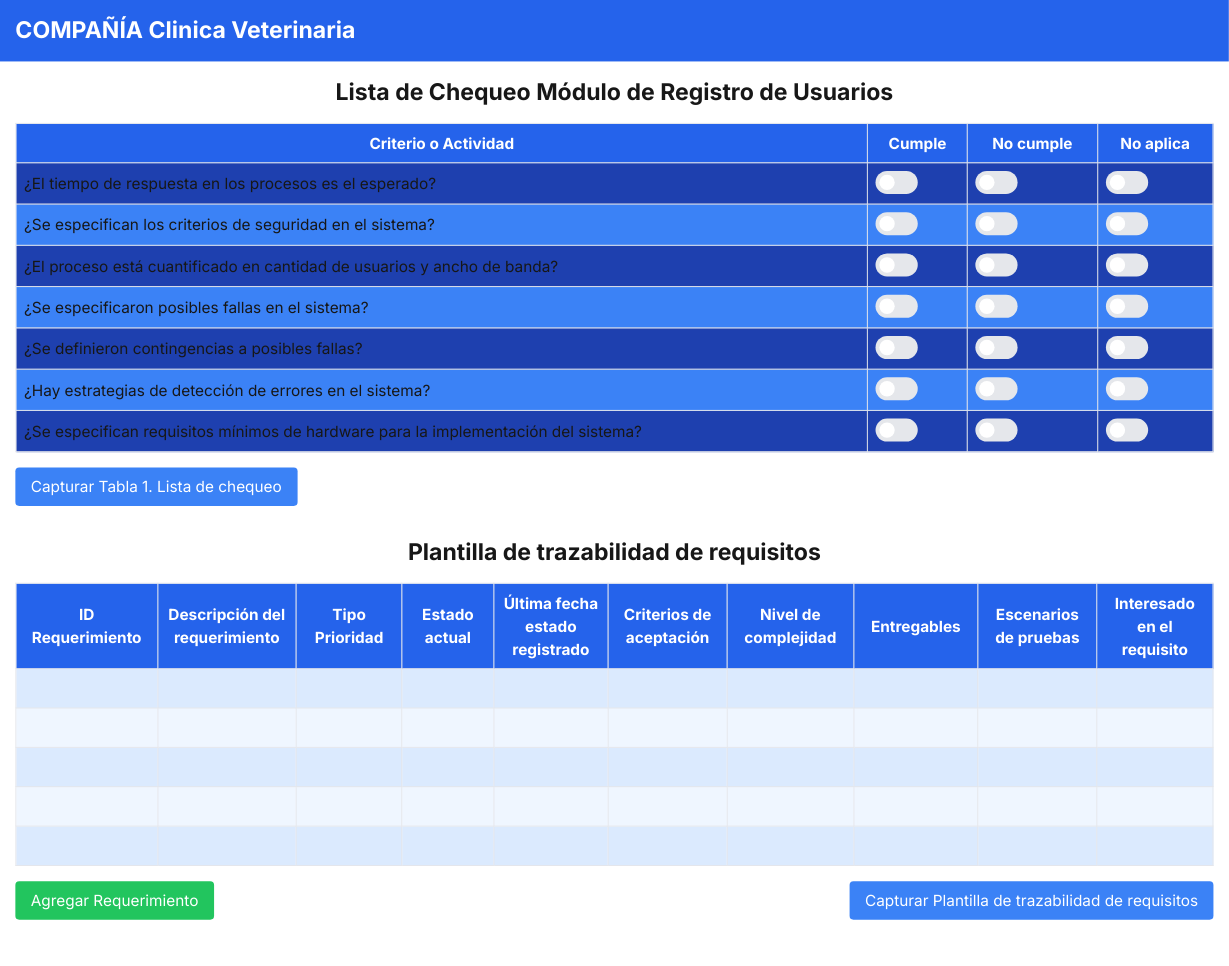
Repository: CiroAlfa/lista-de-Chequeo
Page: /
An editor plug-in stored every save of this project. The page is shown before and after the next save, followed by the edit.
The browser window is 1280 px wide. The pictures show the whole page, at 96% of full size.
The project was rebuilt for these pictures with package versions that can differ from the ones it lists, and the page was loaded fresh each time. The framework's server and built-in components were replaced by stand-ins that run in the browser. Also part of the build but not shown: next.config.mjs.

Above is the page before, as saved 2024-09-27 13:13:14.

### src/app/layout.tsx
import './globals.css'
import type { Metadata } from 'next'
import { Inter } from 'next/font/google'

const inter = Inter({ subsets: ['latin'] })

export const metadata: Metadata = {
  title: 'Checklist App - Clinica Veterinaria',
  description: 'Aplicación de chequeo y trazabilidad de requisitos',
}

export default function RootLayout({
  children,
}: {
  children: React.ReactNode
}) {
  return (
    <html lang="es">
      <body className={inter.className}>
        <header className="bg-blue-600 text-white p-4">
          <h1 className="text-2xl font-bold">COMPAÑÍA Clinica Veterinaria</h1>
        </header>
        {children}
      </body>
    </html>
  )
}

### src/app/page.tsx
'use client'

import { useState } from 'react'
import { Switch } from '@headlessui/react'
import html2canvas from 'html2canvas'

interface ChecklistItem {
  id: number
  criteria: string
  cumple: boolean
  noCumple: boolean
  noAplica: boolean
}

interface RequirementItem {
  id: string
  description: string
  priority: string
  status: string
  lastUpdated: string
  acceptanceCriteria: string
  complexity: string
  deliverables: string
  testScenarios: string
  stakeholder: string
}

const initialChecklist: ChecklistItem[] = [
  { id: 1, criteria: '¿El tiempo de respuesta en los procesos es el esperado?', cumple: false, noCumple: false, noAplica: false },
  { id: 2, criteria: '¿Se especifican los criterios de seguridad en el sistema?', cumple: false, noCumple: false, noAplica: false },
  { id: 3, criteria: '¿El proceso está cuantificado en cantidad de usuarios y ancho de banda?', cumple: false, noCumple: false, noAplica: false },
  { id: 4, criteria: '¿Se especificaron posibles fallas en el sistema?', cumple: false, noCumple: false, noAplica: false },
  { id: 5, criteria: '¿Se definieron contingencias a posibles fallas?', cumple: false, noCumple: false, noAplica: false },
  { id: 6, criteria: '¿Hay estrategias de detección de errores en el sistema?', cumple: false, noCumple: false, noAplica: false },
  { id: 7, criteria: '¿Se especifican requisitos mínimos de hardware para la implementación del sistema?', cumple: false, noCumple: false, noAplica: false },
]

const initialRequirements: RequirementItem[] = Array(5).fill(null).map((_, index) => ({
  id: ``,
  description: '',
  priority: '',
  status: '',
  lastUpdated: '',
  acceptanceCriteria: '',
  complexity: '',
  deliverables: '',
  testScenarios: '',
  stakeholder: '',
}))

export default function Home() {
  const [checklist, setChecklist] = useState<ChecklistItem[]>(initialChecklist)
  const [requirements, setRequirements] = useState<RequirementItem[]>(initialRequirements)

  const handleChecklistChange = (id: number, field: 'cumple' | 'noCumple' | 'noAplica') => {
    setChecklist(checklist.map(item => {
      if (item.id === id) {
        const newItem = { ...item, [field]: !item[field] }
        if (newItem[field]) {
          newItem.cumple = field === 'cumple'
          newItem.noCumple = field === 'noCumple'
          newItem.noAplica = field === 'noAplica'
        }
        return newItem
      }
      return item
    }))
  }

  const handleRequirementChange = (id: string, field: keyof RequirementItem, value: string) => {
    setRequirements(requirements.map(item =>
      item.id === id ? { ...item, [field]: value } : item
    ))
  }

  const addRequirement = () => {
    const newId = `REQ00${requirements.length + 1}`
    setRequirements([...requirements, {
      id: newId,
      description: '',
      priority: '',
      status: '',
      lastUpdated: '',
      acceptanceCriteria: '',
      complexity: '',
      deliverables: '',
      testScenarios: '',
      stakeholder: '',
    }])
  }

  const captureScreenshot = async (elementId: string, fileName: string) => {
    const element = document.getElementById(elementId)
    if (element) {
      const canvas = await html2canvas(element)
      const image = canvas.toDataURL('image/png')
      const link = document.createElement('a')
      link.href = image
      link.download = fileName
      link.click()
    }
  }

  return (
    <main className="container mx-auto p-4">
      <div className="mb-8" id="checklist-table">
        <h2 className="text-2xl font-bold mb-4 text-center">Lista de Chequeo Módulo de Registro de Usuarios</h2>
        <table className="w-full border-collapse">
          <thead>
            <tr className="bg-blue-600 text-white">
              <th className="border p-2">Criterio o Actividad</th>
              <th className="border p-2">Cumple</th>
              <th className="border p-2">No cumple</th>
              <th className="border p-2">No aplica</th>
            </tr>
          </thead>
          <tbody>
            {checklist.map((item, index) => (
              <tr key={item.id} className={index % 2 === 0 ? 'bg-blue-800' : 'bg-blue-500'}>
                <td className="border p-2">{item.criteria}</td>
                <td className="border p-2">
                  <Switch
                    checked={item.cumple}
                    onChange={() => handleChecklistChange(item.id, 'cumple')}
                    className={`${item.cumple ? 'bg-blue-600' : 'bg-gray-200'} relative inline-flex h-6 w-11 items-center rounded-full`}
                  >
                    <span className={`${item.cumple ? 'translate-x-6' : 'translate-x-1'} inline-block h-4 w-4 transform rounded-full bg-white transition`} />
                  </Switch>
                </td>
                <td className="border p-2">
                  <Switch
                    checked={item.noCumple}
                    onChange={() => handleChecklistChange(item.id, 'noCumple')}
                    className={`${item.noCumple ? 'bg-blue-600' : 'bg-gray-200'} relative inline-flex h-6 w-11 items-center rounded-full`}
                  >
                    <span className={`${item.noCumple ? 'translate-x-6' : 'translate-x-1'} inline-block h-4 w-4 transform rounded-full bg-white transition`} />
                  </Switch>
                </td>
                <td className="border p-2">
                  <Switch
                    checked={item.noAplica}
                    onChange={() => handleChecklistChange(item.id, 'noAplica')}
                    className={`${item.noAplica ? 'bg-blue-600' : 'bg-gray-200'} relative inline-flex h-6 w-11 items-center rounded-full`}
                  >
                    <span className={`${item.noAplica ? 'translate-x-6' : 'translate-x-1'} inline-block h-4 w-4 transform rounded-full bg-white transition`} />
                  </Switch>
                </td>
              </tr>
            ))}
          </tbody>
        </table>
        <button
          onClick={() => captureScreenshot('checklist-table', 'lista-de-chequeo.png')}
          className="mt-4 bg-blue-500 text-white px-4 py-2 rounded hover:bg-blue-600 transition-colors"
        >
          Capturar Tabla 1. Lista de chequeo
        </button>
      </div>

      <div className="mb-8" id="requirements-table">
        <h2 className="text-2xl font-bold mb-4 text-center">Plantilla de trazabilidad de requisitos</h2>
        <table className="w-full border-collapse">
          <thead>
            <tr className="bg-blue-600 text-white">
              <th className="border p-2">ID Requerimiento</th>
              <th className="border p-2">Descripción del requerimiento</th>
              <th className="border p-2">Tipo Prioridad</th>
              <th className="border p-2">Estado actual</th>
              <th className="border p-2">Última fecha estado registrado</th>
              <th className="border p-2">Criterios de aceptación</th>
              <th className="border p-2">Nivel de complejidad</th>
              <th className="border p-2">Entregables</th>
              <th className="border p-2">Escenarios de pruebas</th>
              <th className="border p-2">Interesado en el requisito</th>
            </tr>
          </thead>
          <tbody>
            {requirements.map((item, index) => (
              <tr key={index} className={index % 2 === 0 ? 'bg-blue-100' : 'bg-blue-50'}>
                <td className="border p-2">
                  <input
                    type="text"
                    value={item.id}
                    onChange={(e) => handleRequirementChange(item.id, 'id', e.target.value)}
                    className="w-full bg-transparent"
                  />
                </td>
                <td className="border p-2">
                  <input
                    type="text"
                    value={item.description}
                    onChange={(e) => handleRequirementChange(item.id, 'description', e.target.value)}
                    className="w-full bg-transparent"
                  />
                </td>
                <td className="border p-2">
                  <input
                    type="text"
                    value={item.priority}
                    onChange={(e) => handleRequirementChange(item.id, 'priority', e.target.value)}
                    className="w-full bg-transparent"
                  />
                </td>
                <td className="border p-2">
                  <input
                    type="text"
                    value={item.status}
                    onChange={(e) => handleRequirementChange(item.id, 'status', e.target.value)}
                    className="w-full bg-transparent"
                  />
                </td>
                <td className="border p-2">
                  <input
                    type="text"
                    value={item.lastUpdated}
                    onChange={(e) => handleRequirementChange(item.id, 'lastUpdated', e.target.value)}
                    className="w-full bg-transparent"
                  />
                </td>
                <td className="border p-2">
                  <input
                    type="text"
                    value={item.acceptanceCriteria}
                    onChange={(e) => handleRequirementChange(item.id, 'acceptanceCriteria', e.target.value)}
                    className="w-full bg-transparent"
                  />
                </td>
                <td className="border p-2">
                  <input
                    type="text"
                    value={item.complexity}
                    onChange={(e) => handleRequirementChange(item.id, 'complexity', e.target.value)}
                    className="w-full bg-transparent"
                  />
                </td>
                <td className="border p-2">
                  <input
                    type="text"
                    value={item.deliverables}
                    onChange={(e) => handleRequirementChange(item.id, 'deliverables', e.target.value)}
                    className="w-full bg-transparent"
                  />
                </td>
                <td className="border p-2">
                  <input
                    type="text"
                    value={item.testScenarios}
                    onChange={(e) => handleRequirementChange(item.id, 'testScenarios', e.target.value)}
                    className="w-full bg-transparent"
                  />
                </td>
                <td className="border p-2">
                  <input
                    type="text"
                    value={item.stakeholder}
                    onChange={(e) => handleRequirementChange(item.id, 'stakeholder', e.target.value)}
                    className="w-full bg-transparent"
                  />
                </td>
              </tr>
            ))}
          </tbody>
        </table>
        <div className="mt-4 flex justify-between">
          <button
            onClick={addRequirement}
            className="bg-green-500 text-white px-4 py-2 rounded hover:bg-green-600 transition-colors"
          >
            Agregar Requerimiento
          </button>
          <button
            onClick={() => captureScreenshot('requirements-table', 'plantilla-trazabilidad-requisitos.png')}
            className="bg-blue-500 text-white px-4 py-2 rounded hover:bg-blue-600 transition-colors"
          >
            Capturar Plantilla de trazabilidad de requisitos
          </button>
        </div>
      </div>
    </main>
  )
}

Loaded but not shown: src/app/globals.css (common file); tailwind.config.ts (common file)

After the next save:
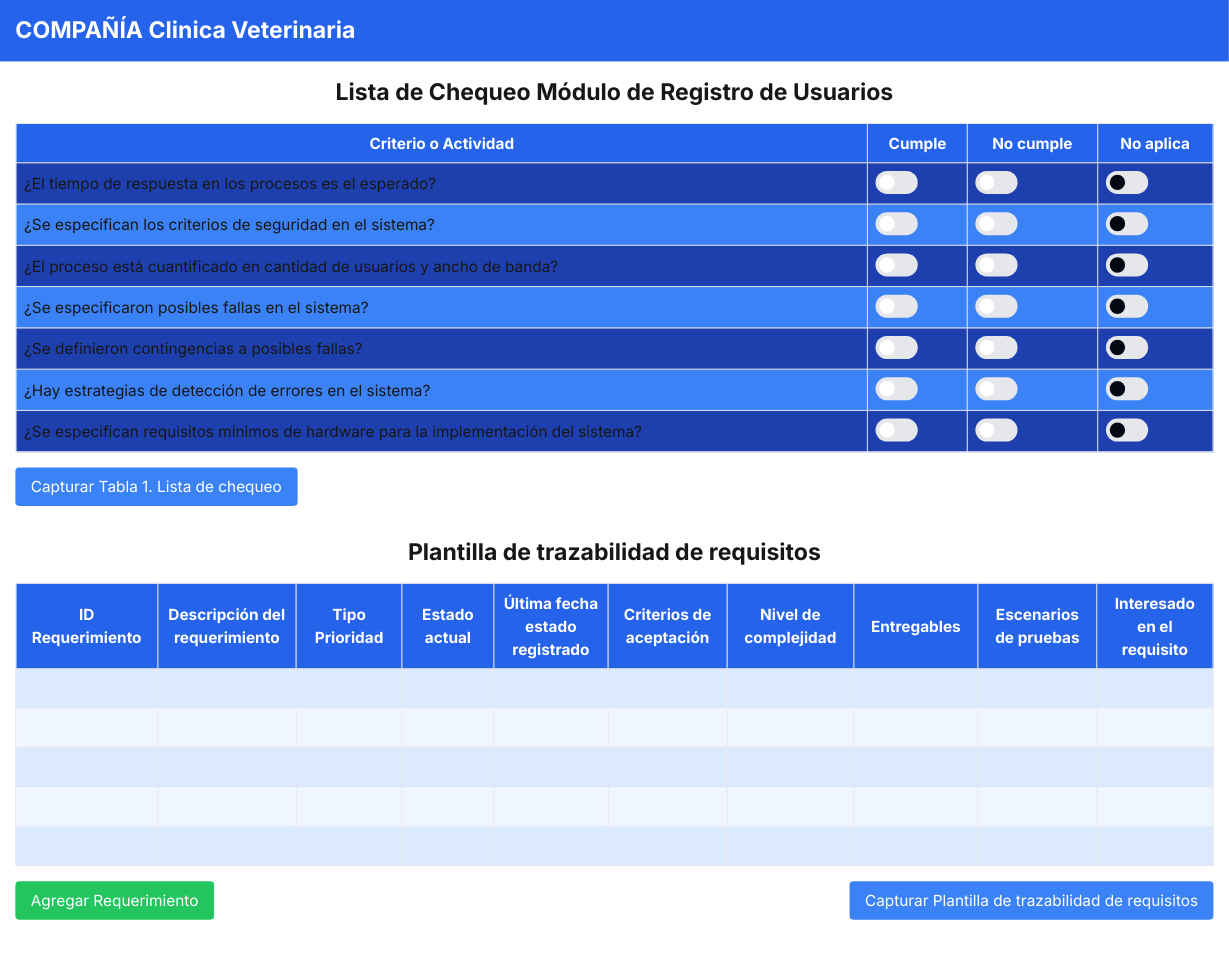
Saved 36 s later.
--- a/src/app/page.tsx
+++ b/src/app/page.tsx
@@ -142,7 +142,7 @@
                     onChange={() => handleChecklistChange(item.id, 'noAplica')}
                     className={`${item.noAplica ? 'bg-blue-600' : 'bg-gray-200'} relative inline-flex h-6 w-11 items-center rounded-full`}
                   >
-                    <span className={`${item.noAplica ? 'translate-x-6' : 'translate-x-1'} inline-block h-4 w-4 transform rounded-full bg-white transition`} />
+                    <span className={`${item.noAplica ? 'translate-x-6' : 'translate-x-1'} inline-block h-4 w-4 transform rounded-full bg-gray-950`} />
                   </Switch>
                 </td>
               </tr>

After the save that followed:
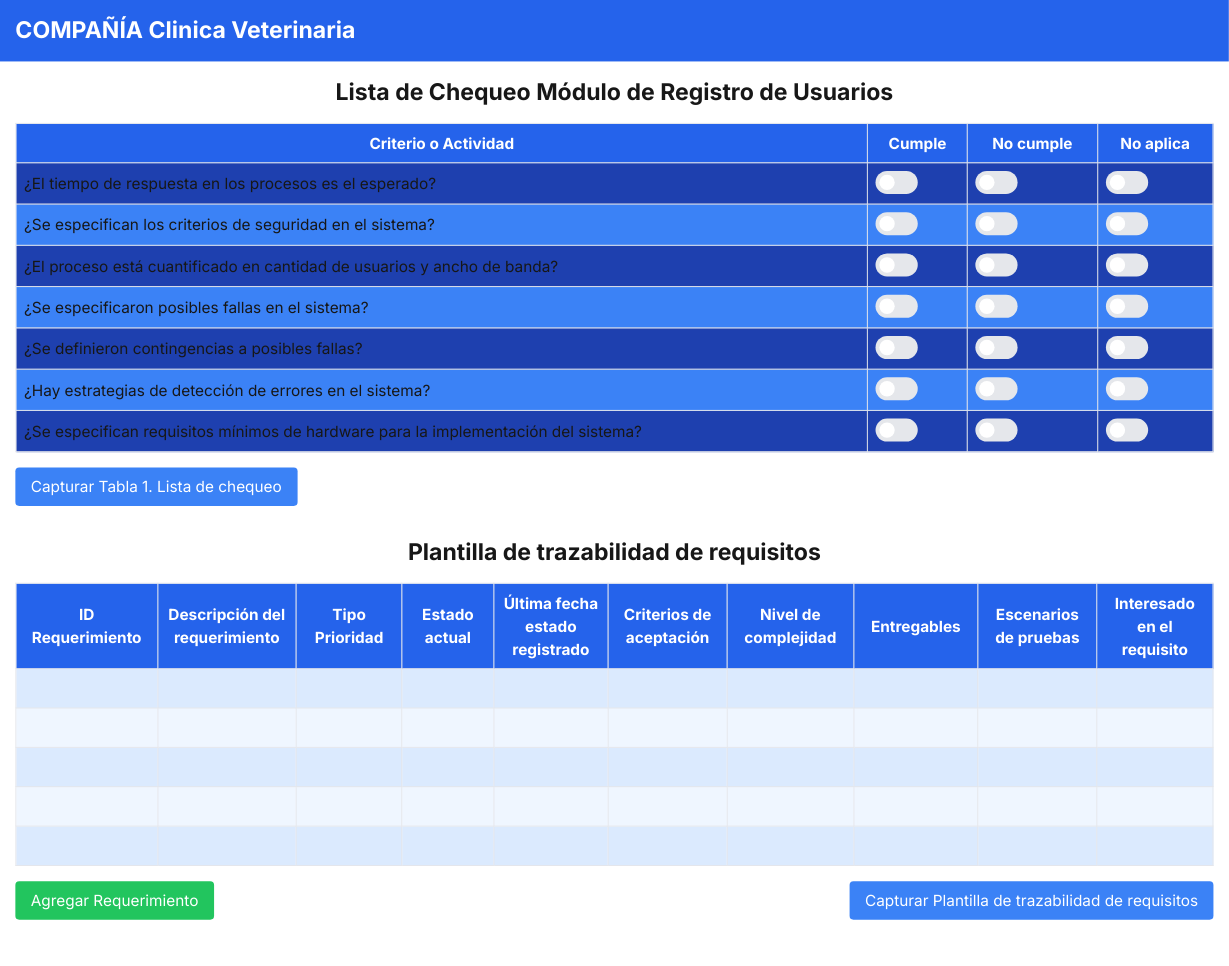
Saved 8 s later.
--- a/src/app/page.tsx
+++ b/src/app/page.tsx
@@ -142,7 +142,7 @@
                     onChange={() => handleChecklistChange(item.id, 'noAplica')}
                     className={`${item.noAplica ? 'bg-blue-600' : 'bg-gray-200'} relative inline-flex h-6 w-11 items-center rounded-full`}
                   >
-                    <span className={`${item.noAplica ? 'translate-x-6' : 'translate-x-1'} inline-block h-4 w-4 transform rounded-full bg-gray-950`} />
+                    <span className={`${item.noAplica ? 'translate-x-6' : 'translate-x-1'} inline-block h-4 w-4 transform rounded-full bg-white transition`} />
                   </Switch>
                 </td>
               </tr>
